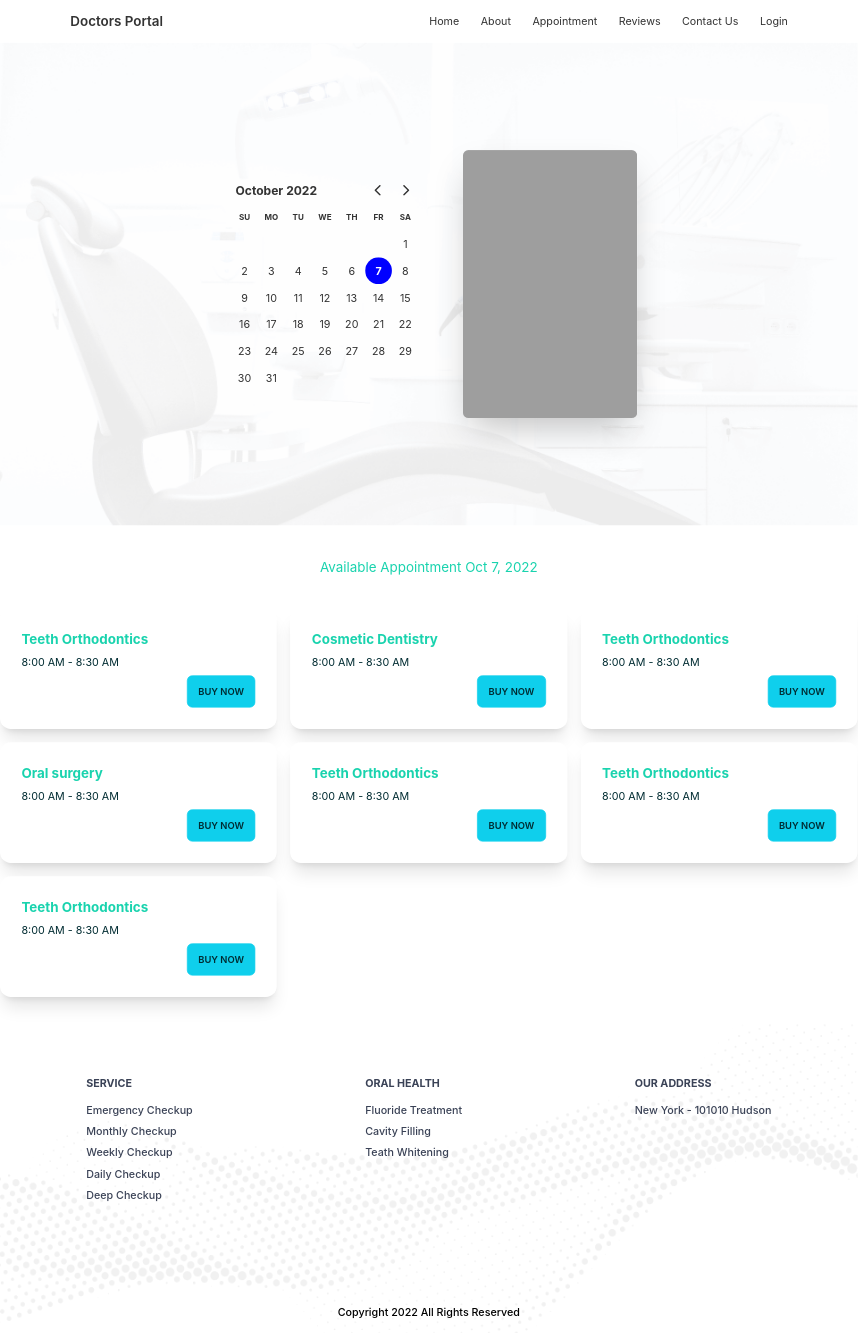
Repository: shikubro90/doctorsportal
Page: /appointment
The author's editor kept a copy of each file at every save. The page is drawn from the files as they stood at one save, then again after a run of saves.
The browser window is 1280 px wide. The pictures show the whole page, at 67% of full size.
Pictures or frames that could not be fetched are drawn as grey boxes. The project was rebuilt for these pictures with package versions that can differ from the ones it lists, and the page was loaded fresh each time. Also part of the build but not shown: src/App.css, src/Pages/About/About.jsx, src/Shared/ButtonPrimary.jsx, src/Pages/Home/AppointmentCard.jsx, src/Pages/Home/AppointmentSection.jsx, src/Pages/Home/Banner.jsx, src/Pages/Home/MiniCard.jsx, src/Pages/Home/BasicInfo.jsx and 6 more.

Above is the page before, as saved 2022-10-07 14:08:06.

After the next 2 saves:
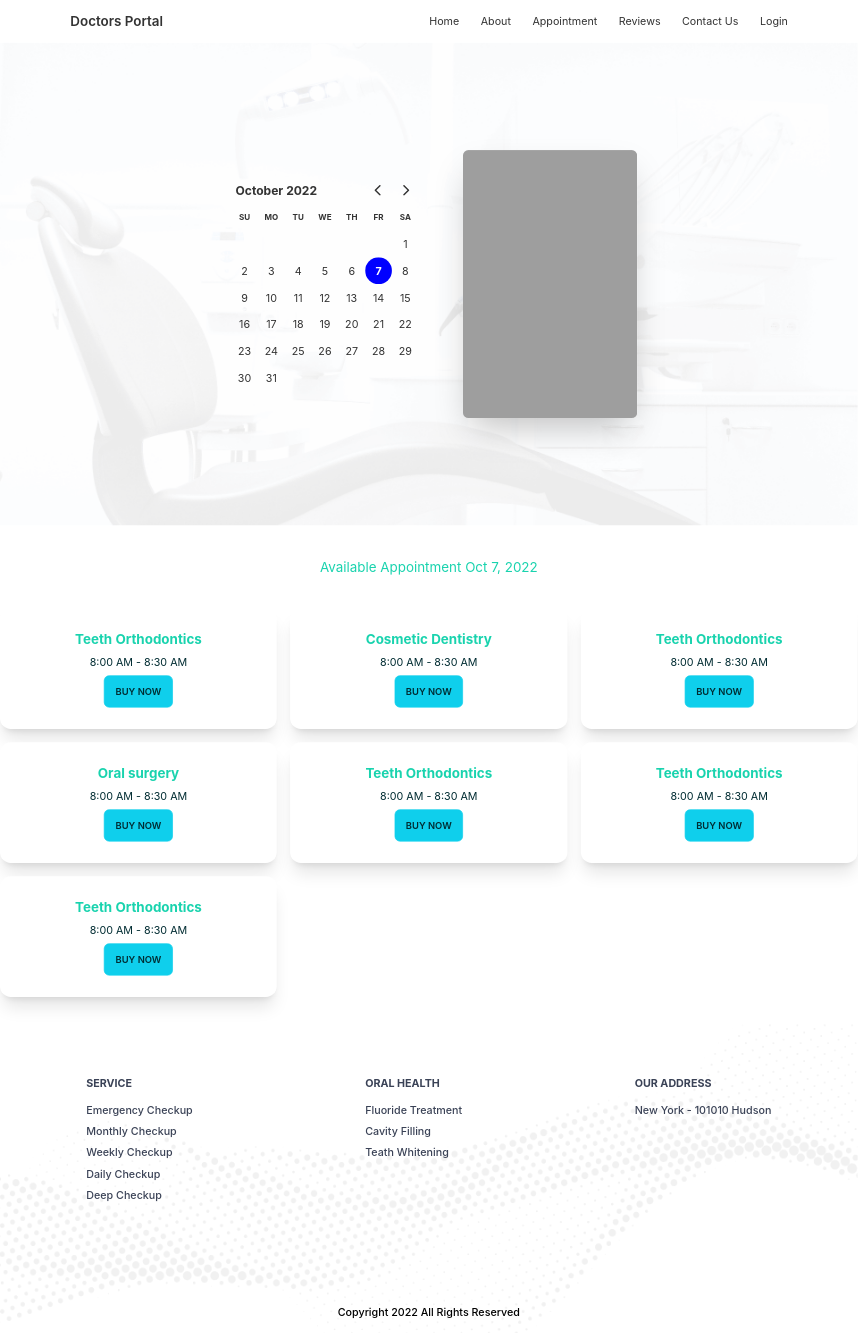
The 2 saves are shown as one change because they came seconds apart.
The last was saved 6 s later.
--- a/src/Pages/Appointment/Services.jsx
+++ b/src/Pages/Appointment/Services.jsx
@@ -5,7 +5,7 @@ const Services = ({services}) => {
     console.log(name);
   return (
     <div className="card lg:max-w-lg bg-base-100 text-primary-content shadow-xl">
-      <div className="card-body ">
+      <div className="card-body items-center">
         <h2 className="card-title text-xl font-bold text-secondary">{name}</h2>
         <p>
             {slots.length > 0 ? <span>{slots[0]}</span>:<span>Try Another Date</span>}
